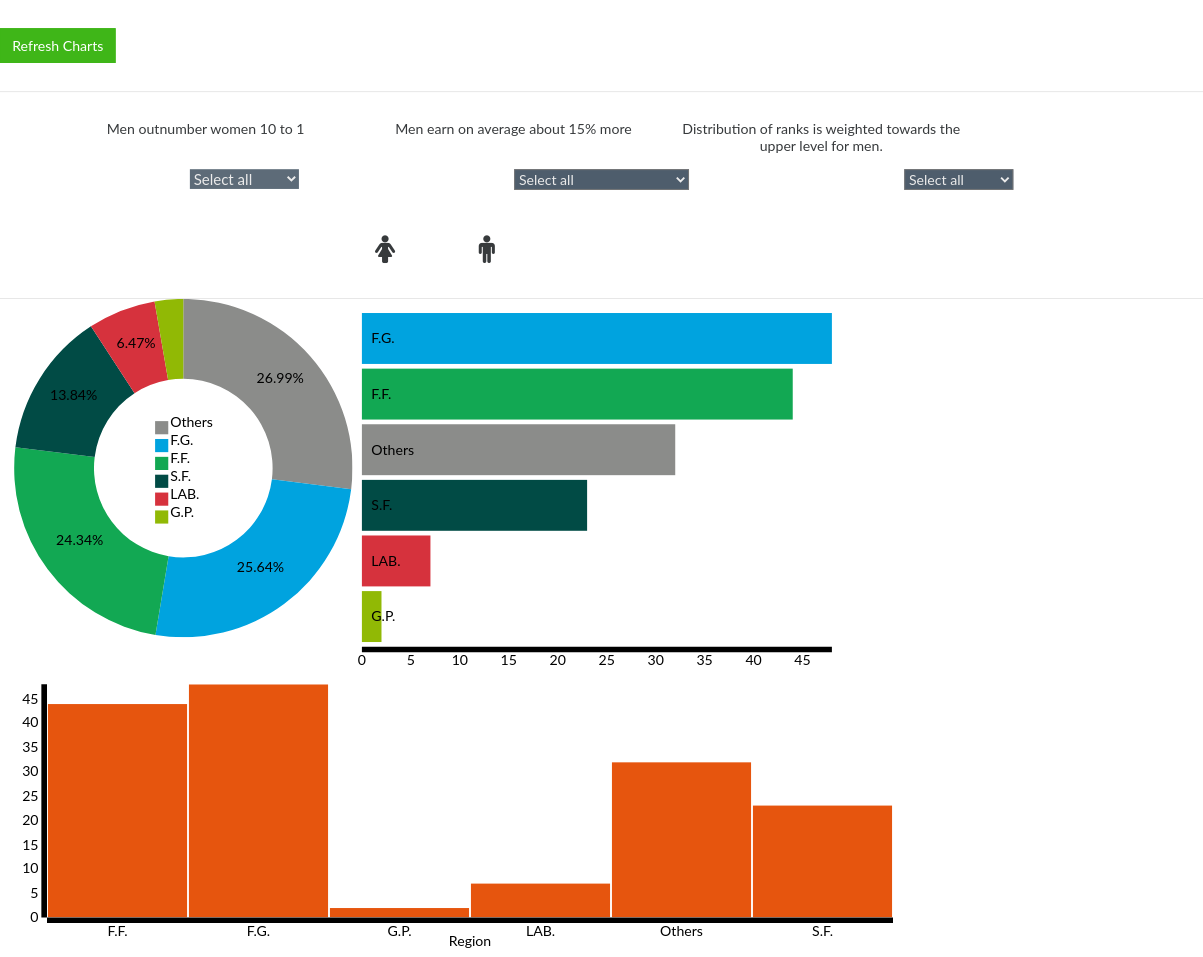
Repository: pauldardis/project-2-test
Page: index.html
The author's editor kept a record of every edit. The page is drawn from the files as they stood at one moment, then again after the next edit.
The browser window is 1280 px wide. The pictures show the whole page, at 94% of full size.

Above is the page before.

### index.html
<!DOCTYPE html>
<html lang="en">

<head>
    <meta charset="UTF-8">
    <meta name="viewport" content="width=device-width, initial-scale=1.0">
    <meta http-equiv="X-UA-Compatible" content="ie=edge">
    <title>Dashboard</title>

    <link rel="stylesheet" href="assets/css/bootstrap.min.css" type="text/css" />
    <!--<link rel="stylesheet" href="assets/css/dc.min.css" type="text/css" />-->
    <link rel="stylesheet" type="text/css" href="https://maxcdn.bootstrapcdn.com/font-awesome/4.7.0/css/font-awesome.min.css">
    <link rel="stylesheet" href="assets/css/style.css" type="text/css" />


    <script type="text/javascript" src="assets/js/d3.min.js"></script>
    <script type="text/javascript" src="assets/js/crossfilter.min.js"></script>
    <script type="text/javascript" src="assets/js/dc.min.js"></script>
    <script type="text/javascript" src="assets/js/queue.min.js"></script>
    <script type="text/javascript" src="assets/js/graps.js"></script>

</head>

<body>

    <section class="section">
        <div id="refresh-button">
            <button type="submit" class="btn btn-success" onClick="refreshPage()">Refresh Charts</button>
        </div>
    </section>




    <section class="section">
        <div class="container">
            <div class="row">
                <div class="row">
                    <div class="col-xs-12 col-sm-4 text-center">
                        <p class="section-paragraph">Men outnumber women 10 to 1</p>
                    </div>
                    <div class="col-xs-12 col-sm-4 text-center">
                        <p class="section-paragraph">Men earn on average about 15% more</p>
                    </div>
                    <div class="col-xs-12 col-sm-4 text-center">
                        <p class="section-paragraph">Distribution of ranks is weighted towards the upper level for men.</p>
                    </div>
                </div>
                <div class="container">
                    <div class="row">
                        <div class="col-xs-12 col-sm-4 col-md-4 col-lg-4 text-center custom-chart" id="region-selector"></div>
                        <div class="col-xs-12 col-sm-4 col-md-4 col-lg-4 text-center custom-chart" id="constituency-selector"></div>
                        <div class="col-xs-12 col-sm-4 col-md-4 col-lg-4 text-center custom-chart" id="elected-selector"></div>
                    </div>
                </div>
            </div>
        </div>
        <div class="row col-12"></div>
        <div class="col-xs-12 col-sm-12 col-lg-12 gender-box">
            <i class="fa fa-female fa-gender" aria-hidden="true"></i> <span class="number-box" id="percent-of-women-professors"></span>
            <i class="fa fa-male fa-gender" aria-hidden="true"></i> <span class="number-box" id="percent-of-men-professors"></span>
        </div>
    </section>

    <section>
        <div class="container-fluid">
            <div class="row">
                <div class="col-xs-12 col-sm-6 col-md-3 col-lg-3">
                    <div>
                        <div>
                            <div class=" " id="party_first_preference_graphs"></div>
                        </div>
                    </div>
                </div>
                <div class="col-xs-12 col-sm-6 col-md-3 col-lg-3">
                    <div>
                        <div>
                            <div class="" id="candidate-graph"></div>
                        </div>
                    </div>
                </div>
                <div class="col-xs-12 col-sm-6 col-md-3 col-lg-3">
                    <div>
                        <div>
                            <div class="" id="xx">
                            </div>
                        </div>
                    </div>
                </div>
                <div class="col-xs-12 col-sm-6 col-md-3 col-lg-3">
                    <div>
                        <div>
                            <!--<div class="" id="candidate-graph">-->
                            </div>
                        </div>
                    </div>
                </div>
            </div>
    </section>



<div class="" id="candidate-graph"></div>
<div class="" id="candidate-graph-v2"></div>







    <!--<div class="col-xs-12 col-sm-6 col-md-3 col-lg-3 " id="party_first_preference_graphs"></div>-->
    <!--<div class="col-xs-12 col-sm-6 col-md-3 col-lg-3 text-center" id="party_total_votes_graphs"></div>-->
    <!--<div class="col-xs-12 col-sm-6 col-md-3 col-lg-3 text-center" id="candidate-first-preferance-graph"></div>-->
    <!--<div class="col-xs-12 col-sm-6 col-md-3 col-lg-3 text-center" id="candidate-total-votes-graph"></div>-->


    <section>
        <div class="container">
            <div class="row">
                <!--<div class="col-xs-12 col-sm-4 text-center" id="candidate-first-preferance-graph"></div>-->
                <!--<div class="col-xs-12 col-sm-4 text-center" id="candidate-total-votes-graph"></div>-->
            </div>
        </div>
    </section>








</body>

</html>

### assets/css/style.css
.gender-box {
	display: block;
	margin-left: auto;
	margin-right: auto;
	width: 40%;
}


.graph-box {
	display: block;
	margin-left: auto;
	margin-right: auto;
}


/*This removes the gridlines on the row chart but causes issue with x axesis */
/*.tick  { */
/*    display: none;*/
/*     }*/








/*.row {*/
/*	margin: 0px;*/
/*	padding: 0px;*/
/*}*/

/*.container {*/
/*	margin: 0px;*/
/*	padding: 0px;*/
/*}*/








.navbar-default {
	background-image: none;
	margin-bottom: 0;
}

.section-heading,
#discipline-selector {
	display: inline-block;
	float: none;
	margin: 0;
}

.section-heading {
	margin-bottom: 50px;
}

#discipline-selector {
	margin-left: 15px;
}

.number-box {
	margin-right: 75px;
}

.number-box,
.fa.fa-gender {
	font-size: 30px;
	font-weight: 500;
}

.fa-gender {
	margin-right: 10px;
}

.custom-chart {
	margin-bottom: 40px;
}

.section {
	border-bottom: 1px solid #e6e6e6;
	padding: 30px 0;
}

.section-paragraph {
	line-height: 1.2;
}

@import url("https://fonts.googleapis.com/css?family=Lato:300,400&display=swap");

/* BODY & HTML */
body {
    font-family: "Lato", sans-serif;
    font-weight: 400;
}

body,
html {
    width: 100%;
    height: 100%;
    padding: 0;
    margin: 0;
}

/* HEADINGS */
/* Styling of the dashboard title */

h1 {
    margin: 0;
}

/* Styling of heading 2 */

h2 {
    font-size: 1rem;
    font-weight: 300;
    margin-bottom: 0;
    margin-top: 15px;
}

/* SPINNER */
/* Spinner on data loading
spinner animation found on CodePen: https://codepen.io/judecodes/pen/PrBOvG?&page=1 */

.loader {
    z-index: 99;
    width: 200px;
    height: 200px;
    border-radius: 50%;
    border-top: 2px solid #2477b4;
    border-bottom: 2px solid transparent;
    border-left: 2px solid transparent;
    border-right: 2px solid transparent;
    animation: spin 3s linear infinite forwards;

    position: absolute;
    top: 0;
    bottom: 0;
    left: 0;
    right: 0;
    margin: auto;
}

.loader::before,
.loader::after {
    content: "";
    position: absolute;
    border-radius: 50%;
    border-top: 2px solid #2477b4;
    border-bottom: 2px solid transparent;
    border-left: 2px solid transparent;
    border-right: 2px solid transparent;
}

.loader::before {
    top: 7px;
    left: 7px;
    width: 178px;
    height: 178px;
    border-top: 2px solid #e6562e;
    animation: spin 2s linear infinite forwards;
}

.loader::after {
    top: 16px;
    left: 16px;
    width: 160px;
    height: 160px;
    border-top: 2px solid #f2893c;
    animation: spin 1s linear infinite forwards;
}

@keyframes spin {
    to {
        transform: rotate(360deg);
    }
}

/* Overlay styled to dim the background for spinner */

#overlay {
    z-index: 98;
    position: fixed;
    top: 0;
    left: 0;
    height: 100%;
    width: 100%;
    background: rgba(0, 0, 0, .5);
}

/* BACK TO TOP BUTTON */
/* Back to top button inspired by this Codepen solution: https://codepen.io/matthewcain/pen/ZepbeR */

#button {
    display: inline-block;
    background-color: transparent;
    color: #DF691A;
    border: 1px solid #DF691A;
    width: 50px;
    height: 50px;
    text-align: center;
    border-radius: 3px;
    position: fixed;
    bottom: 30px;
    right: 30px;
    transition: background-color .3s,
    opacity .5s, visibility .5s;
    opacity: 0;
    visibility: hidden;
    z-index: 97;
}

#button::after {
    content: "\f077";
    font-family: FontAwesome;
    font-weight: normal;
    font-style: normal;
    font-size: 2em;
    line-height: 50px;
}

#button:active {
    color: #ffffff;
    background-color: #DF691A;
}

#button.show {
    opacity: 1;
    visibility: visible;
}

/* REGIONAL SELECTOR */
/* Region selector menu styling */

#region-selector select {
    background: #5d6b78;
    border: #445360;
    color: #ebebeb;
    font-size: 1rem;
}

/* Select menu styling to match bootstrap theme */

select {
    background: #4e5d6c;
    color: #ebebeb;
}

/* CARDS */
/* Increasing size of font awesome icons */

.fa {
    font-size: 3rem;
}


/* Styles for tiles/cards */

.tile-s1,
.tile-s2,
.tile-s3 {
    max-width: 45rem;
}

.tile-s3 {
    min-height: 20rem;
}

.tile-s3 span {
    font-size: 1.5rem;
}

.tile-s4 {
    max-width: 70rem;
}

/* Card titles and filter label styled to uppercase */

.card-header,
.selector-label {
    text-transform: uppercase;
}

/* Number box font size increased to make it more prominent */

.number-box span {
    font-size: 1.5rem;
}

/* Shadow added to the chart tiles */

.shadow-box {
    box-shadow: 4px 4px 7px 0px rgba(61, 78, 94, 1);
}

/* Charts styling to fix the issue of responsiveness */

#composite-hour,
#composite-month {
    height: 300px;
    width: 750px;
}

/* Increasing the size of a viewbox so charts are bigger */

#accidents-severity,
#rd-type-split {
    height: 400px;
    width: 460px;
}

#severity-distribution {
    height: 400px;
    width: 380px;
}

/* DATA COUNT & RESET
/* Changing default margins to create some space between count feature and other sections */

.dc-data-count {
    margin: 10px 0;
}

/* Reset button  - border-radius added to match back0to0top button and shadow box removed*/

#reset-button {
    border-radius: 3px;
}

#reset-button:focus {
    box-shadow: none;
}

/* FOOTER */
/* adding margin so footer ellements have some space inbetween on smaller devices */

.footer-item {
    margin-bottom: 10px;
}

/* Underlining removed from all links */

a:hover {
    text-decoration: none;
}

/* MEDIA QUERIES */

@media only screen and (min-width: 1200px) {

    .tile-s2 {
        min-height: 30rem;
    }

}

@media only screen and (max-width: 1200px) {

    h1 {
        font-size: 1.9rem;
    }

    #stacked-chart {
        max-width: 70rem;
    }

}

@media only screen and (max-width: 992px) {

    .card-header {
        font-size: 0.7rem;
    }

    .number-box span {
        font-size: 1.2rem;
    }

}

/* media query created to make number display element look better, to add more space between the chart and the number */

@media only screen and (max-width: 767px) {

    .number-box span {
        font-size: 1.5rem;
    }

    .card-header,
    .selector-label {
        font-size: 0.8rem;
    }

    #accidents-severity,
    #rd-type-split {
        height: 360px;
        width: 440px;
    }

    #severity-distribution {
        height: 370px;
        width: 360px;
    }

}

/* Adjustments to font sizes to avoid line break */

@media only screen and (max-width: 576px) {

    h1 {
        font-size: 2rem;
    }

    .card-header,
    .selector-label {
        font-size: 1rem;
    }

    .navbar-brand {
        font-size: 1rem;
    }

    /* height adjusted to reduce space at top and the bottom of the chart (within the card) */
    #composite-hour,
    #composite-month {
        height: 120px;
    }

    #accidents-severity,
    #rd-type-split {
        height: 260px;
    }

}

@media only screen and (max-width: 375px) {

    #severity-distribution {
        height: 250px;
    }

}

/* Solution to sticky hover on mobile devices found here: https://medium.com/@ferie/detect-a-touch-device-with-only-css-9f8e30fa1134 */

@media (hover: hover) {

    #button:hover {
        cursor: pointer;
        background-color: #DF691A;
        color: #ffffff;
    }

}

### assets/js/graps.js
queue()
    .defer(d3.csv, "assets/data/election-2016.csv")
    .await(makeGraphs);



function makeGraphs(error, salesData) {
    var ndx = crossfilter(salesData);



    // these are the working graphs
    region_selector(ndx);
    constituency_selector(ndx);
    elected_selector(ndx);
    show_count_elected_by_gender(ndx, "F", "#count-of-women-elected");
    show_count_elected_by_gender(ndx, "M", "#count-of-men-elected");
    show_count_candidate_gender(ndx, "F", "#count-of-women-elected_1");
    show_count_candidate_gender(ndx, "M", "#count-of-men-elected_1");
    party_first_preference_graphs(ndx);
    candidate_graphs(ndx);






    // these are the graphs in test

    party_total_votes_graphs(ndx);
    candidate_first_preferance_graphs(ndx);
    candidate_total_votes_graphs(ndx);
    candidate_graphs_v2(ndx);


    dc.renderAll();
}


// This is the working section



function refreshPage() {
    window.location.reload();
}

function region_selector(ndx) {
    var dim = ndx.dimension(dc.pluck('Region'));
    group = dim.group();

    dc.selectMenu("#region-selector")
        .dimension(dim)
        .group(group);
}

function constituency_selector(ndx) {
    var dim = ndx.dimension(dc.pluck('Constituency_Name'));
    group = dim.group();

    dc.selectMenu("#constituency-selector")
        .dimension(dim)
        .group(group);
}

function elected_selector(ndx) {
    var dim = ndx.dimension(dc.pluck('Result'));
    group = dim.group();

    dc.selectMenu("#elected-selector")
        .dimension(dim)
        .group(group);
}















function party_first_preference_graphs(ndx) {

    var dim = ndx.dimension(dc.pluck('Party_Abbreviation'));
    var group = dim.group().reduceSum(dc.pluck('Count_1'));

    dc.pieChart('#party_first_preference_graphs')
        .height(360)
        .width(360)
        .innerRadius(95)
        .transitionDuration(1500)
        .colors(d3.scale.ordinal().range(["#8B8C8A", "#00A3DF", "#12A853", "#014B45", "#D6323D", "#91B905"]))
        .dimension(dim)
        .renderLabel(true)
        .legend(dc.legend().x(150).y(130).itemHeight(14).gap(5))
        .title(function(d) {
            return d.key + ": " + ((d.value / d3.sum(group.all(),
                function(d) { return d.value; })) * 100).toFixed(2) + "%";
        })
        .on("pretransition", function(chart) {
            chart.selectAll("text.pie-slice").text(function(d) {
                if (dc.utils.printSingleValue(
                        (d.endAngle - d.startAngle) /
                        (2 * Math.PI) * 100) >= 6) {
                    return dc.utils.printSingleValue(
                        (d.endAngle - d.startAngle) /
                        (2 * Math.PI) * 100) + "%";
                }
            })
        })
        .group(group);
}


function candidate_graphs(ndx) {
    var dim = ndx.dimension(dc.pluck('Party_Abbreviation'));
    var group = dim.group().reduceSum(dc.pluck('Seat'));

    dc.rowChart("#candidate-graph")
        .width(600)
        .height(400)
        .colors(d3.scale.ordinal().range(["#00A3DF", "#12A853", "#8B8C8A", "#014B45", "#D6323D", "#91B905"]))
        .margins({ top: 10, right: 50, bottom: 30, left: 50 })
        .dimension(dim)
        .transitionDuration(1500)
        .elasticX(true)
        .group(group);
}



function show_count_elected_by_gender(ndx, gender, element) {
    var countThatAreElected = ndx.groupAll().reduce(
        function(p, v) {
            if (v.Gender === gender) {
                p.count++;
                if (v.Result === "Elected") {
                    p.are_elected++;
                }
            }
            return p;
        },
        function(p, v) {
            if (v.Gender === gender) {
                p.count--;
                if (v.Result === "Elected") {
                    p.are_elected--;
                }
            }
            return p;
        },
        function() {
            return { count: 0, are_elected: 0 };
        },
    );


    dc.numberDisplay(element)
        // .formatNumber(d3.format("2.s"))
        .valueAccessor(function(d) {
            if (d.count == 0) {
                return 0;
            }
            else {
                return (d.are_elected);
            }
        })
        .transitionDuration(1500)
        .group(countThatAreElected)
}




































//this is the testing section


function show_count_candidate_gender(ndx, gender, element) {
    var countThatArecandidate = ndx.groupAll().reduce(
        function(p, v) {
            if (v.Gender === gender) {
                p.count++;
                if (v.Result === "Excluded") {
                    p.are_excluded++;
                }
            }
            return p;
        },
        function(p, v) {
            if (v.Gender === gender) {
                p.count--;
                if (v.Result === "Excluded") {
                    p.are_excluded--;
                }
            }
            return p;
        },
        function() {
            return { count: 0, are_excluded: 0 };
        },
    );


    dc.numberDisplay(element)
        // .formatNumber(d3.format("2.s"))
        .valueAccessor(function(d) {
            if (d.count == 0) {
                return 0;
            }
            else {
                return (d.are_excluded);
            }
        })
        .transitionDuration(1500)
        .group(countThatArecandidate)
}





function candidate_graphs_v2(ndx) {

    var partyColors = d3.scale.ordinal()
        .domain(["F.G.", "F.F.", "Others", "S.F.", "LAB.", "G.P."])
        .range(["pink", "blue", "red", "yellow", "black", "green"]);

    var dim = ndx.dimension(dc.pluck('Party_Abbreviation'));
    var group = dim.group().reduceSum(dc.pluck('Seat'));


    var party_color = ndx.dimension(function(d) {
        return [d.Party_Abbreviation, d.Seat];
    });

    var partyGroup = party_color.group();

    // console.log(group.all());


    dc.barChart("#candidate-graph-v2")
        .width(1000)
        .height(300)
        .margins({ top: 10, right: 50, bottom: 30, left: 50 })
        .dimension(dim)
        // .colorAccessor(function(d) {
        //     return d.key[0];
        // })
        .colors(d3.scale.ordinal().range(["#e6550e", "#fd8c3d", "#3182bc", "#fd8c3d", "#fd8c3d", "#fd8c3d", "#fd8c3d"]))
        .group(group)
        .x(d3.scale.ordinal())
        .xUnits(dc.units.ordinal)
        .elasticY(true)
        .xAxisLabel("Region")
        .yAxis().ticks(10);


}


function party_total_votes_graphs(ndx) {
    var dim = ndx.dimension(dc.pluck('Party_Abbreviation'));
    var group = dim.group().reduceSum(dc.pluck('Seat'));

    dc.pieChart('#party_total_votes_graphs') /* targeting the div where we want the pie chart*/
        .height(360)
        .width(360)
        .innerRadius(95)
        .transitionDuration(1500)
        // .colors(d3.scale.ordinal().range(["#3182bc", "#fd8c3d", "#e6550e"]))
        .dimension(dim)
        .renderLabel(true)
        .legend(dc.legend().x(150).y(130).itemHeight(14).gap(5))
        // .radius(360)
        .group(group)
        .title();
}















// function party_total_votes_graphs(ndx) {

//     var dim = ndx.dimension(dc.pluck('Party_Abbreviation'));
//     var group = dim.group().reduceSum(dc.pluck('Total_Votes'));

//     dc.pieChart('#party_total_votes_graphs') /* targeting the div where we want the pie chart*/
//         .height(360)
//         .width(360)
//         .innerRadius(95)
//         .transitionDuration(1500)
//         // .colors(d3.scale.ordinal().range(["#3182bc", "#fd8c3d", "#e6550e"]))
//         .dimension(dim)
//         .renderLabel(true)
//         .legend(dc.legend().x(110).y(150).itemHeight(13).gap(5))
//         // .title(function(d) {
//         //     return d.key + ": " + ((d.value / d3.sum(group.all(),
//         //         function(d) { return d.value; })) * 100).toFixed(0) + "%";
//         // })
//         .on("pretransition", function(chart)
//         {
//             chart.selectAll("text.pie-slice").text(function(d) {
//                 if (dc.utils.printSingleValue(
//                         (d.endAngle - d.startAngle) /
//                         (2 * Math.PI) * 100) >= 6) {
//                     return dc.utils.printSingleValue(
//                         (d.endAngle - d.startAngle) /
//                         (2 * Math.PI) * 100) + "%";
//                 }
//             }
//             )
//             chart.select("svg")
//                 .attr("height", "100%")
//                 .attr("width", "100%")
//                 .attr("viewBox", "0 0 360 360");
//             chart.selectAll(".dc-legend-item text")
//                 .attr("fill", "#1D47FF")
//                 .text("")
//                 .append("tspan")
//                 .text(function(d) { return d.name; })
//                 .attr("x", 70)
//                 .attr("text-anchor", "end");
//         })
//         .group(group);
// }










function candidate_first_preferance_graphs(ndx) {
    var dim = ndx.dimension(dc.pluck('Candidate'));
    var group = dim.group().reduceSum(dc.pluck('Count_1'));


    dc.pieChart('#candidate-first-preferance-graph') /* targeting the div where we want the pie chart*/
        .height(360)
        .width(360)
        .radius(360)
        .innerRadius(95)
        .transitionDuration(1500)
        .dimension(dim)
        .group(group);
}

function candidate_total_votes_graphs(ndx) {
    var dim = ndx.dimension(dc.pluck('Candidate'));
    var group = dim.group().reduceSum(dc.pluck('Total_Votes'));


    dc.pieChart('#candidate-total-votes-graph') /* targeting the div where we want the pie chart*/
        .height(250)
        .radius(100)
        .innerRadius(30)
        .transitionDuration(1500)
        .dimension(dim)
        .group(group);
}












// Everything under here is in test















































// function show_revenue_graphs(ndx) {
//     var dim = ndx.dimension(dc.pluck('Candidate'));
//     var group = dim.group().reduceSum(dc.pluck('Total_Votes'));
//     // var group = dim.group();

//     dc.rowChart("#revenue-graph")
//         .width(600)
//         .height(2000)
//         .margins({ top: 10, right: 50, bottom: 30, left: 50 })
//         .dimension(dim)
//         .group(group);
// .transitionDuration(500)
// .x(d3.scale.ordinal())
// .xUnits(dc.units.ordinal)
// .elasticY(true)
// .xAxisLabel("Region")
// .yAxis().ticks(10);


// }


// function candidate_graphs(ndx) {
//     var dim = ndx.dimension(dc.pluck('Candidate'));
//     var group = dim.group().reduceSum(dc.pluck('Constituency_Name'));

//     dc.barChart("#candidate-graph")
//         .width(600)
//         .height(300)
//         .margins({ top: 10, right: 50, bottom: 30, left: 50 })
//         .dimension(dim)
//         .group(group)
//         .transitionDuration(500)
//         .x(d3.scale.ordinal())
//         .xUnits(dc.units.ordinal)
//         .elasticY(true)
//         .xAxisLabel("Region")
//         .yAxis().ticks(10);

// }

Loaded but not shown: assets/css/bootstrap.min.css (library); assets/js/d3.min.js (library); assets/js/crossfilter.min.js (library); assets/js/dc.min.js (library); assets/js/queue.min.js (common file)

After the next edit:
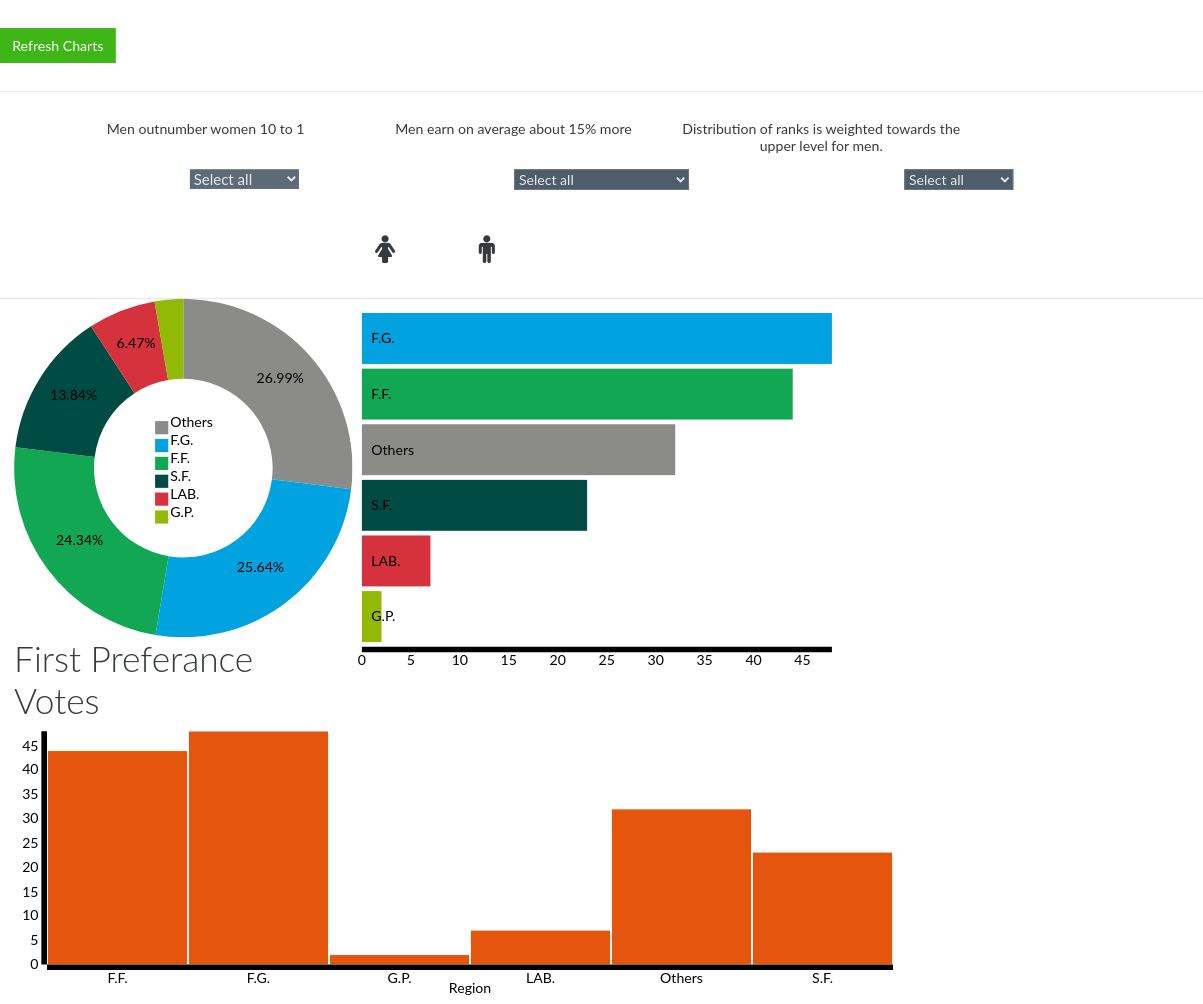
The edit:
--- a/index.html
+++ b/index.html
@@ -69,6 +69,7 @@
                     <div>
                         <div>
                             <div class=" " id="party_first_preference_graphs"></div>
+                            <h1>First Preferance Votes</h1>
                         </div>
                     </div>
                 </div>
